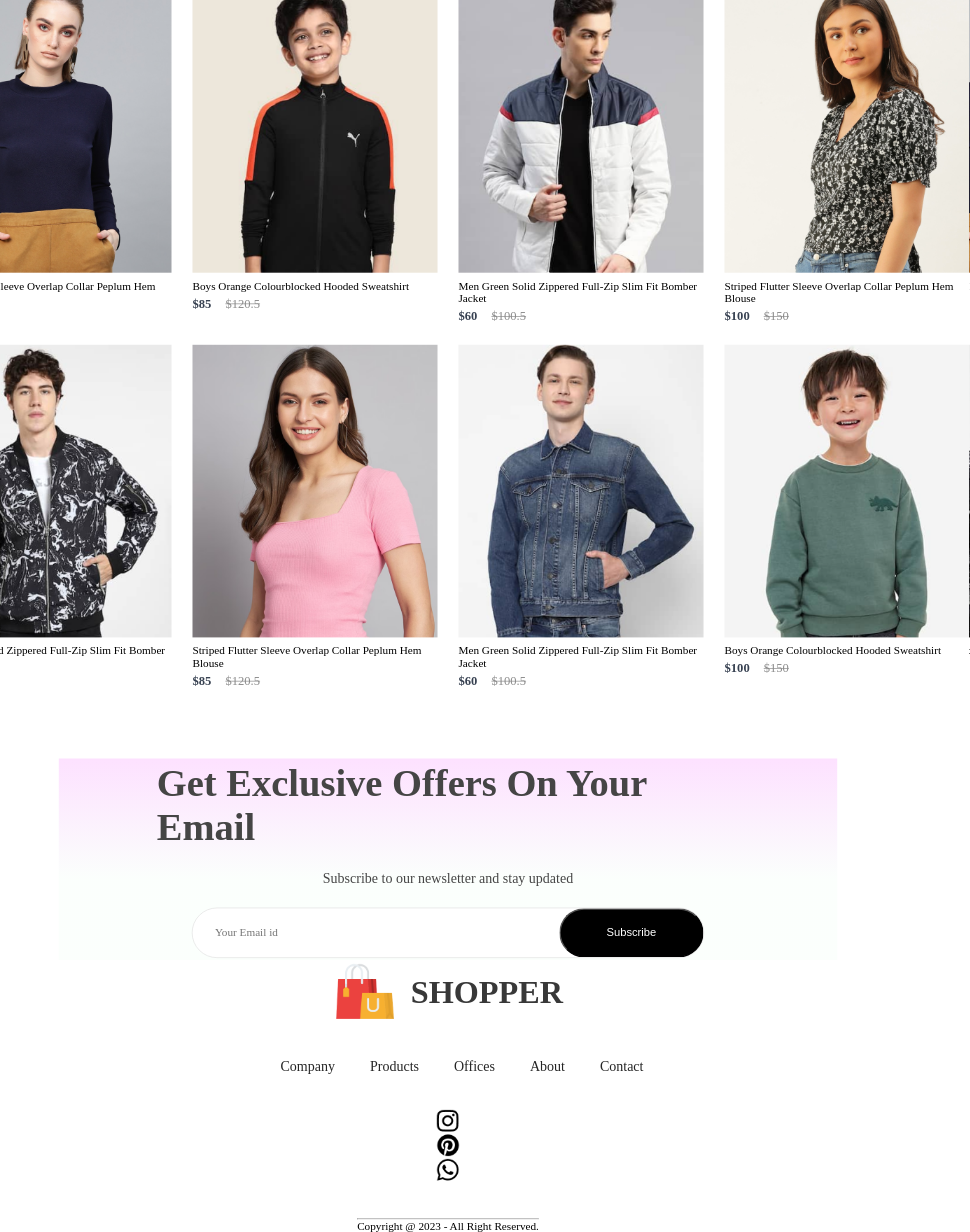
Repository: Nandhini653/SHOPPER-ECOM
Page: /
An editor plug-in stored every save of this project. The page is shown before and after a run of saves, followed by the edit.
The browser window is 1280 px wide. The page is 1385 px wide, so the pictures cover 1385 px, including what lies to the right of the window. The pictures show the part of the page from y = 2212 to 3972 px (the page is 3972 px tall before and 3902 px after), at 70% of full size.
The project was rebuilt for these pictures with package versions that can differ from the ones it lists, and the page was loaded fresh each time. Also part of the build but not shown: src/App.css, src/Pages/ShopCategory.jsx, src/Pages/Cart.jsx, src/Pages/LoginSignup.jsx, src/Pages/Product.jsx.

Above is the page before, as saved 2024-06-22 18:35:16.

### src/index.css
* {
  margin: 0;
}

body {
  margin: 0;
  font-family: -apple-system, BlinkMacSystemFont, 'Segoe UI', 'Roboto', 'Oxygen',
    'Ubuntu', 'Cantarell', 'Fira Sans', 'Droid Sans', 'Helvetica Neue',
    sans-serif;
  -webkit-font-smoothing: antialiased;
  -moz-osx-font-smoothing: grayscale;
  font-family: 'poppins';
}

code {
  font-family: source-code-pro, Menlo, Monaco, Consolas, 'Courier New',
    monospace;
}

### src/App.js

import './App.css';
import Navbar from './Components/Navbar/Navbar';
import ShopCategory from './Pages/ShopCategory';
import Cart from './Pages/Cart';
import LoginSignup from './Pages/LoginSignup';
import Product from './Pages/Product';
import Shop from './Pages/Shop';
import { BrowserRouter,Routes,Route } from 'react-router-dom';

function App() {
  return (
    <div>
      <BrowserRouter>
      <Navbar/>
      <Routes>
        <Route path = '/' element={<Shop/>}/>
        <Route path = '/mens' element={<ShopCategory category="men"/>}/>
        <Route path = '/womens' element={<ShopCategory category="women"/>}/>
        <Route path = '/kids' element={<ShopCategory category="kids"/>}/>
        <Route path= '/product' element={<Product/>}/>
        <Route path='/product/:productId' element={<Product />} />
        <Route path='/cart' element={<Cart/>}/>
        <Route path='/login' element={<LoginSignup/>}/>
      </Routes>
      </BrowserRouter>
    </div>
  );
}

export default App;

### src/Components/Navbar/Navbar.jsx
import React, { useState } from 'react'
import './Navbar.css'
import logo from '../Assests/logo.png'
import cart_icon from '../Assests/cart_icon.png'
import { Link } from 'react-router-dom'


const Navbar = () => {

    const [menu, setMenu] = useState("shop")
  return (
    <div className='navbar'>
        <div className="nav-logo">
            <img src={logo} alt="logo" />
            <p>SHOPPER</p>
        </div>
      <div className="nav-menu">
        <li onClick={()=> {setMenu("shop")}}> <Link  style ={{textDecoration: 'none '}} to='/'>Shop</Link> {menu === "shop"? <hr/> :<></>}</li>
        <li onClick={()=> {setMenu("mens")}}><Link style ={{textDecoration: 'none '}} to='/mens'>Men</Link>  {menu === "mens"? <hr/> :<></>}</li>
        <li onClick={()=> {setMenu("womens")}}><Link style ={{textDecoration: 'none '}} to='/womens'>Women </Link> {menu === "womens"? <hr/> :<></>}</li>
        <li onClick={()=> {setMenu("kids")}}><Link style ={{textDecoration: 'none '}} to='/kids'>Kids</Link>  {menu === "kids"? <hr/> :<></>}</li>
      </div>
      <div className="nav-login-cart">
        <Link to='/login'><button>Login</button></Link>
        <Link to='/cart'><img src= {cart_icon} alt='cart-icon'/></Link>
        <div className="nav-cart-count">0</div>
      </div>
    </div>
  )
}

export default Navbar

### src/Pages/Shop.jsx
import React from 'react'
import Hero from '../Components/Hero/Hero'
import Popular from '../Components/Popular/Popular'
import Offers from '../Components/Offers/Offers'
import NewCollections from '../Components/NewCollections/NewCollections'
import NewsLetter from '../Components/NewsLetter/NewsLetter'
import Footer from '../Components/Footer/Footer'

const Shop = () => {
  return (
    <div>
      <Hero/>
      <Popular/>
      <Offers/>
      <NewCollections/>
      <NewsLetter/>
      <Footer/>
    </div>
  )
}

export default Shop

### src/Components/Navbar/Navbar.css
  .navbar {
    display: flex;
    justify-content: space-around;
    padding: 16px;
    box-shadow: 0 1px 3px -2px black;
  }

  .nav-logo {
    display: flex;
    align-items: center;
    gap: 10px;
  }

  .nav-logo p{
    color: #171717;
    font-size: 38px;
    font-weight: 600;
  }
  .nav-menu {
    display: flex;
    align-items: center;
    list-style: none;
    gap: 50px;
    color: #626262;
    font-size: 20px;
    font-weight: 500;
  }

  .nav-menu li {
    display: flex;
    flex-direction: column;
    align-items: center;
    justify-content: center;
    gap: 3px;
    cursor: pointer;
  }

  .nav-menu hr {
    border: none;
    width: 80%;
    height: 3px;
    border-radius: 10px;
    background: #FF4141;
  }

.nav-login-cart {
    display: flex;
    align-items: center;
    gap: 45px;
}

.nav-login-cart button {
    width: 157px;
    height: 58px;
    outline: none;
    border: 1 px solid #7a7a7a;
    border-radius: 75px;
    font-size: 20px;
    font-weight: 500;
    background: white;
    cursor: pointer;
}

.nav-login-cart button:active {
    background: #f3f3f3;
}

.nav-cart-count {
    width: 22px;
    height: 22px;
    display: flex;
    justify-content: center;
    align-items: center;
    margin-top: -35px;
    margin-left: -55px;
    border-radius: 11px;
    font-size: 14px;
    background: red;
    color: white;

}

### src/Components/Hero/Hero.jsx
import React from 'react'
import './Hero.css'
import hand_icon from '../Assests/hand_icon.png'
import arrow_icon from '../Assests/arrow.png'
import hero_image from '../Assests/hero_image.png'


const Hero = () => {
    return (
        <div className='hero'>
            <div className="hero-left">
                <h2> NEW ARRIVALS ONLY</h2>
                <div>
                    <div className='hero-hand-icon'>
                        <p> new </p>
                        <img src={hand_icon} alt="" />
                    </div>
                    <p> collection </p>
                    <p> for everyone</p>
                </div>
                <div className="hero-latest-btn">
                    <div>Latest Collection</div>
                    <img src={arrow_icon} alt=""/>
                </div>
            </div>
            <div className="hero-right">
                <img src={hero_image} alt =""/>
            </div>
        </div>
    )
}

export default Hero

### src/Components/Popular/Popular.jsx
import React from 'react'
import './Popular.css'
import data_product from '../Assests/data'
import Item from '../Item/Item'

const Popular = () => {
  return (
    <div className='popular'>
      <h1>POPULAR IN WOMEN</h1>
      <hr />
      <div className="popular-item">
        {data_product.map((item, i) => {
          return (
            <Item
              key={i}
              id={item.id}
              name={item.name}
              image={item.image}
              new_price={item.new_price}
              old_price={item.old_price}
            />
          );
        })}
      </div>
    </div>
  );
}


export default Popular

### src/Components/Offers/Offers.jsx
import React from 'react'
import './Offers.css'
import exclusive_image from '../Assests/exclusive_image.png'

const Offers = () => {
  return (
    <div className='offers'>
      <div className="offers-left">
        <h1> Exclusive </h1>
        <h1> Offers For You </h1>
        <p>ONLY ON BEST SELLERS PRODUCTS </p>
        <button> Check Now </button>
      </div>
      <div className="offers-right">
        <img src= {exclusive_image} alt="" />
      </div>
    </div>
  )
}

export default Offers

### src/Components/NewCollections/NewCollections.jsx
import React from 'react'
import './NewCollections.css'
import new_collection from '../Assests/new_collections'
import Item from '../Item/Item'

const NewCollections = () => {
    return (
        <div className="new-collections">
            <h1> NEW COLLECTIONS </h1>
            <hr/>
            <div className="collections">
                {new_collection.map((item, i) => {
                    return <Item
                        key={i}
                        id={item.id}
                        name={item.name}
                        image={item.image}
                        new_price={item.new_price}
                        old_price={item.old_price} />
                })}
            </div>
        </div>
    )
}

export default NewCollections

### src/Components/NewsLetter/NewsLetter.jsx
import React from 'react'
import './NewsLetter.css'

const NewsLetter = () => {
  return (
    <div className='newsletter'>
      <h1> Get Exclusive Offers On Your Email </h1>
       <p> Subscribe to our newsletter and stay updated</p>
       <div>
        <input type='email' placeholder='Your Email id'/>
        <button> Subscribe </button>
       </div>

    </div>
  )
}

export default NewsLetter

### src/Components/Footer/Footer.jsx
import React from 'react'
import './Footer.css'
import footer_logo from '../Assests/logo_big.png'
import instagram_icon from '../Assests/instagram_icon.png'
import pintester_icon from '../Assests/pintester_icon.png'
import whatsapp_icon from '../Assests/whatsapp_icon.png'

const Footer = () => {
    return (
        <div className='footer'>
            <div className="footer-logo">
                <img src={footer_logo} alt='' />
                <p>SHOPPER</p>
            </div>
            <ul className='footer-links'>
                <li>Company</li>
                <li>Products</li>
                <li>Offices</li>
                <li>About</li>
                <li>Contact</li>
            </ul>
            <div className="footer-social-icon">
                <div className="footer-icons-container">
                    <img src={instagram_icon} alt="" />
                </div>
                <div className="footer-icons-container">
                    <img src={pintester_icon} alt="" />
                </div>
                <div className="footer-icons-container">
                    <img src={whatsapp_icon} alt="" />
                </div>
            </div>
             <div className="footer-copy-right">
                <hr/>
                <p> Copyright @ 2023 - All Right Reserved.</p>
             </div>
        </div>
    )
}

export default Footer

### src/Components/Hero/Hero.css
.hero {
    height: 100vh;
    background: linear-gradient(180deg, #fde1ff, #e1ffea22 60%);
    display: flex;
}

.hero-left {
    flex: 1;
    display: flex;
    flex-direction: column;
    justify-content: center;
    gap: 20px;
    padding-left: 180px;
    line-height: 1.1;
}

.hero-left h2 {
    color: #171717;
    font-size: 100px;
    font-weight: 700;
}

.hero-left p {
    color: #171717;
    font-size: 100px;
    font-weight: 700;
}

.hero-hand-icon {
     display: flex;
    align-items: center;
    gap:20px;
}

.hero-hand-icon img {
    width: 105px;
}

.hero-latest-btn {
    display: flex;
    justify-content: center;
    align-items: center;
    gap: 15px;
    width: 310px;
    height: 70px;
    border-radius: 75px;
    margin-top: 30px;
    background: #ff4141;
    color: white;
    font-size: 22px;
    font-weight: 500;
}

.hero-right {
    flex: 1;
    display: flex;
    align-items: center;
    justify-content: center;
}

### src/Components/Popular/Popular.css
.popular {
      display: flex;
      flex-direction: column;
      align-items: center;
      gap: 10px;
      height: 90vh;
}

.popular h1 {
    color: #171717;
    font-size: 50px;
    font-weight: 600;
}

.popular hr {
    width: 200px;
    height: 6px;
    border-radius: 10px;
    background: #252525;
}

.popular-item {
    display: flex;
    margin-top: 50px;
    gap: 30px;
}

### src/Components/Assests/data.js
import p1_img from './product_1.png'
import p2_img from './product_2.png'
import p3_img from './product_3.png'
import p4_img from './product_4.png'

let data_product = [
  {
    id:1,
    name:"Striped Flutter Sleeve Overlap Collar Peplum Hem Blouse",
    image:p1_img,
    new_price:50.00,
    old_price:80.50,
  },
  {id:2,
    name:"Striped Flutter Sleeve Overlap Collar Peplum Hem Blouse",
    image:p2_img,
    new_price:85.00,
    old_price:120.50,
  },
  {id:3,
    name:"Striped Flutter Sleeve Overlap Collar Peplum Hem Blouse",
    image:p3_img,
    new_price:60.00,
    old_price:100.50,
  },
  {id:4,
    name:"Striped Flutter Sleeve Overlap Collar Peplum Hem Blouse",
    image:p4_img,
    new_price:100.00,
    old_price:150.00,
  },
];

export default data_product;

### src/Components/Item/Item.jsx
import React from 'react'
import './Item.css'


const Item = (props) => {
  return (
    <div className='item'>
        <img src={props.image} alt = ""/>
        <p>{props.name}</p>
        <div className="item-prices">
            <div className="item-prices-new">
                ${props.new_price}
            </div>
            <div className="item-prices-old">
                ${props.old_price}
            </div>
        </div>

    </div>
  )
}

export default Item

### src/Components/Offers/Offers.css
.offers {
    width: 65%;
    height: 60vh;
    display: flex;
    margin: auto;
    padding: 0px 140px;
    margin-bottom:  150px;
    background: linear-gradient(180deg, #fde1ff, #e1ffea22 60% );
}

.offers-left {
    flex: 1;
    display: flex;
    flex-direction: column;
    justify-content: center;
}

.offers-left h1 {
    color: #171717;
    font-size: 80px;
    font-weight: 600;
}

.offers-left p {
    color: #171717;
    font-size: 22px;
    font-weight: 600;
}

.offers-left button {
     width: 282px;
     height: 70px;
     border-radius: 35px;
     background: #ff4141;
     color: white;
     font-size: 22px;
     margin-top: 30px;
     font-weight: 500;
     cursor: pointer;
}

.offers-right {
    flex: 1;
    display: flex;
    align-items: center;
    justify-content: flex-end;
    padding-top: 50px;
}

### src/Components/NewCollections/NewCollections.css
.new-collections {
    display: flex;
    flex-direction: column;
    align-items: center;
    gap: 10px;
    margin-bottom: 100px;
}

.new-collections h1 {
    color: #171717;
    font-size: 50px;
    font-weight: 600;
}

.new-collections hr {
    width: 200px;
    height: 6px;
    border-radius: 10px;
    background: #252525;
}

.collections {
    display: grid;
    grid-template-columns: 1fr 1fr 1fr 1fr;
    margin-top: 50px;
    gap: 30px;
}

### src/Components/Assests/new_collections.js
import p1_img from "./product_12.png";
import p2_img from "./product_35.png";
import p3_img from "./product_14.png";
import p4_img from "./product_8.png";
import p5_img from "./product_15.png";
import p6_img from "./product_2.png";
import p7_img from "./product_17.png";
import p8_img from "./product_28.png";

let new_collections = [
  {
    id: 12,
    name: "Striped Flutter Sleeve Overlap Collar Peplum Hem Blouse",
    image: p1_img,
    new_price: 50.0,
    old_price: 80.5,
  },
  {
    id: 35,
    name: "Boys Orange Colourblocked Hooded Sweatshirt",
    image: p2_img,
    new_price: 85.0,
    old_price: 120.5,
  },
  {
    id: 14,
    name: "Men Green Solid Zippered Full-Zip Slim Fit Bomber Jacket",
    image: p3_img,
    new_price: 60.0,
    old_price: 100.5,
  },
  {
    id: 8,
    name: "Striped Flutter Sleeve Overlap Collar Peplum Hem Blouse",
    image: p4_img,
    new_price: 100.0,
    old_price: 150.0,
  },
  {
    id: 15,
    name: "Men Green Solid Zippered Full-Zip Slim Fit Bomber Jacket",
    image: p5_img,
    new_price: 50.0,
    old_price: 80.5,
  },
  {
    id: 2,
    name: "Striped Flutter Sleeve Overlap Collar Peplum Hem Blouse",
    image: p6_img,
    new_price: 85.0,
    old_price: 120.5,
  },
  {
    id: 17,
    name: "Men Green Solid Zippered Full-Zip Slim Fit Bomber Jacket",
    image: p7_img,
    new_price: 60.0,
    old_price: 100.5,
  },
  {
    id: 28,
    name: "Boys Orange Colourblocked Hooded Sweatshirt",
    image: p8_img,
    new_price: 100.0,
    old_price: 150.0,
  },
];

export default new_collections;

### src/Components/NewsLetter/NewsLetter.css
.newsletter {
    width: 65%;
    height: 40vh;
    display: flex;
    flex-direction: column;
    align-items: center;
    justify-content: center;
    margin: auto;
    padding: 0px 140px;
    background: linear-gradient(180deg, #fde1ff, #e1ffea22 60%);
    gap: 30px;
}

.newsletter h1 {
    color: #454545;
    font-size: 55px;
    font-weight: 600;
}

.newsletter p {
    color: #454545;
    font-size: 20px;
}

.newsletter div {
      display: flex;
      align-items: center;
      justify-content: space-between;
      background: white;
      width: 730px;
      height: 70px;
      border-radius: 80px;
      border: 1px solid #e3e3e3;
}

.newsletter input {
    width: 500px;
    margin-left: 30px;
    border: none;
    outline: none;
    color: #616161;
    font-family: Poppins;
    font-size: 16px;
}

.newsletter button {
    width: 210px;
    height: 70px;
    border-radius: 80px;
    background: black;
    color: white;
    font-size: 16px;
    cursor: pointer;
}

### src/Components/Footer/Footer.css
.footer {
    display: flex;
    flex-direction: column;
    justify-content: center;
    align-items: center;
    gap: 50px;
}

.footer-logo {
    display: flex;
    align-items: center;
    gap: 20px;
}

.footer-logo p {
    color: #383838;
    font-size: 46px;
    font-weight: 700;
}

.footer-links {
    display: flex;
    list-style: none;
    gap: 50px;
    color: #252525;
    font-size: 20px;
}

.footer-links li {
    cursor: pointer;
}

.footer

### src/Components/Item/Item.css
.item {
    width: 350px;
}

.item p {
    margin: 6px 0px;
}

.item-prices {
    display: flex;
    gap: 20px;
}

.item-prices-new {
    color: #374151;
    font-size: 18px;
    font-weight: 600;
}

.item-prices-old {
    color: #8c8c8c;
    font-size: 18px;
    font-weight: 500;
    text-decoration: line-through;
}

.item:hover {
    transform: scale(1.05);
    transition: 0.6s;
}

Loaded but not shown: src/index.js (common file); src/reportWebVitals.js (common file)

After the next 6 saves:
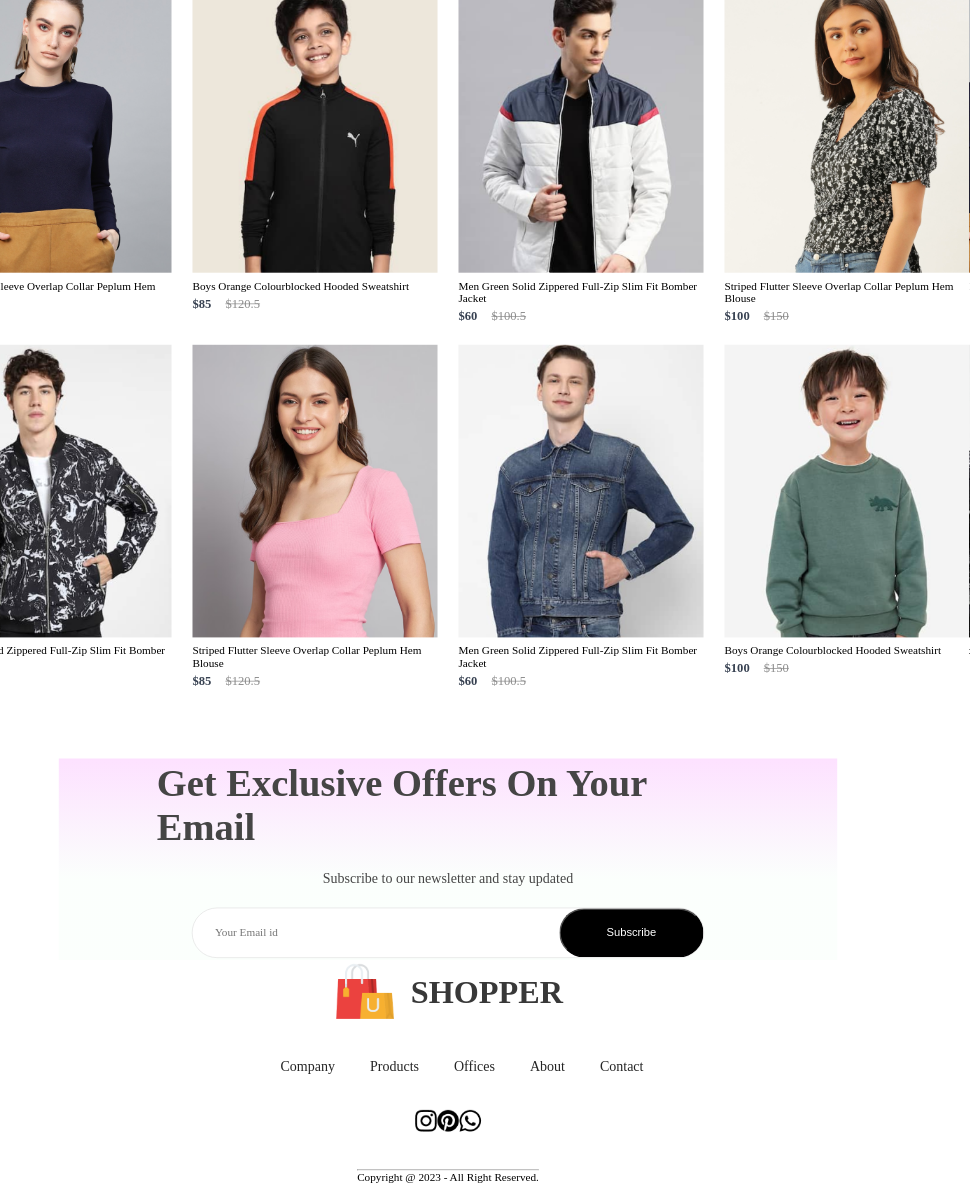
The 6 saves are shown as one change because they came seconds apart.
The last was saved 16 s later.
--- a/src/Components/Footer/Footer.css
+++ b/src/Components/Footer/Footer.css
@@ -30,4 +30,7 @@
     cursor: pointer;
 }
 
-.footer
+.footer-social-icon {
+    display: flex;
+
+}
